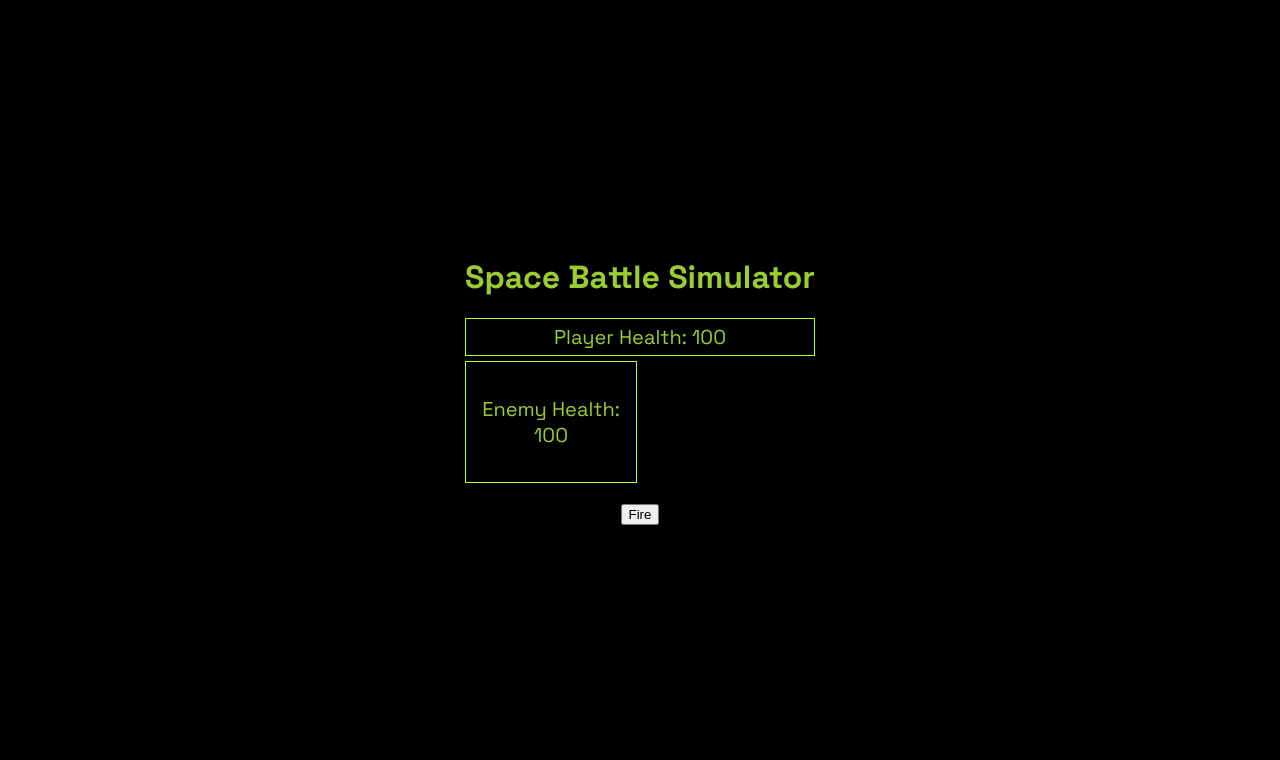
Repository: rmdayberry/Space-Battle
Page: /
The author's editor kept a copy of each file at every save. The page is drawn from the files as they stood at one save, then again after the next save.
The browser window is 1280 px wide. The pictures show the whole page.
The project was rebuilt for these pictures with package versions that can differ from the ones it lists, and the page was loaded fresh each time. Also part of the build but not shown: vite.config.js, src/App.css.

Above is the page before, as saved 2024-08-24 10:53:31.

### index.html
<!DOCTYPE html>
<html lang="en">
  <head>
    <meta charset="UTF-8" />
    <link rel="icon" type="image/svg+xml" href="/vite.svg" />
    <meta name="viewport" content="width=device-width, initial-scale=1.0" />
    <title>Space Battle</title>
  </head>
  <body>
    <div id="root"></div>
    <script type="module" src="/src/main.jsx"></script>
  </body>
</html>

### src/App.jsx
import { useState } from "react";
import "./App.css";
import "./index.css";
import Health from "./Health";
import GameController from "./GameController";

function App() {
  const [playerHealth, setPlayerHealth] = useState(100);
  const [enemyHealth, setEnemyHealth] = useState(100);
  const [gameStatus, setGameStatus] = useState("playing");

  const handleFire = (playerDamage, enemyDamage) => {
    const newPlayerHealth = Math.max(playerHealth - playerDamage, 0);
    const newEnemyHealth = Math.max(enemyHealth - enemyDamage, 0);

    setPlayerHealth(newPlayerHealth);
    setEnemyHealth(newEnemyHealth);

    if (newPlayerHealth === 0 && newEnemyHealth === 0) {
      setGameStatus("draw");
    } else if (newPlayerHealth === 0) {
      setGameStatus("loss");
    } else if (newEnemyHealth === 0) {
      setGameStatus("win");
    }
  };

  const handleRestart = () => {
    setPlayerHealth(100);
    setEnemyHealth(100);
    setGameStatus("playing");
  };
  return (
    <div>
      <h1>Space Battle Simulator</h1>
      <Health playerHealth={playerHealth} enemyHealth={enemyHealth} />
      <GameController
        gameStatus={gameStatus}
        onFire={handleFire}
        onRestart={handleRestart}
      />
    </div>
  );
}

export default App;

### src/index.css
@import url("https://fonts.googleapis.com/css2?family=Space+Grotesk:wght@300..700&display=swap");

body {
  background-color: black;
  font-family: "Space Grotesk", sans-serif;
  color: yellowgreen;
  margin: 0;
  padding: 20px;
  display: flex;
  justify-content: center;
  align-items: center;
  height: 100vh;
}

#root {
  text-align: center;
}

### src/Health.jsx
import React from "react";
import "./Health.css";

function Health({ playerHealth, enemyHealth }) {
  return (
    <div className="health-display">
      <p className="player-health">Player Health: {playerHealth}</p>
      <p className="enemy-health">Enemy Health: {enemyHealth}</p>
    </div>
  );
}

export default Health;

### src/GameController.jsx
import React from "react";

function GameController({ gameStatus, onFire, onRestart }) {
  const handleFireClick = () => {
    const playerDamage = Math.floor(Math.random() * 10) + 1;
    const enemyDamage = Math.floor(Math.random() * 10) + 1;

    onFire(playerDamage, enemyDamage);
  };
  return (
    <div>
      {gameStatus === "playing" && (
        <button onClick={handleFireClick}>Fire</button>
      )}
      {gameStatus !== "playing" && <button onClick={onRestart}>Restart</button>}
      {gameStatus !== "playing" && <p>{gameStatus.toUpperCase()}!</p>}
    </div>
  );
}

export default GameController;

### src/Health.css
.health-display {
  margin: 20px 0;
}
.health-display p {
  font-size: 20px;
  margin: 5px 0;
}
.player-health {
  border: 1px solid greenyellow;
  padding: 5px;
  margin: 5px;
}
.enemy-health {
  border: 1px solid greenyellow;
  padding: 10px;
  width: 150px;
  height: 100px;
  display: flex;
  align-items: center;
  justify-content: center;
  font-size: 20px;
}

Loaded but not shown: src/main.jsx (common file)

After the next save:
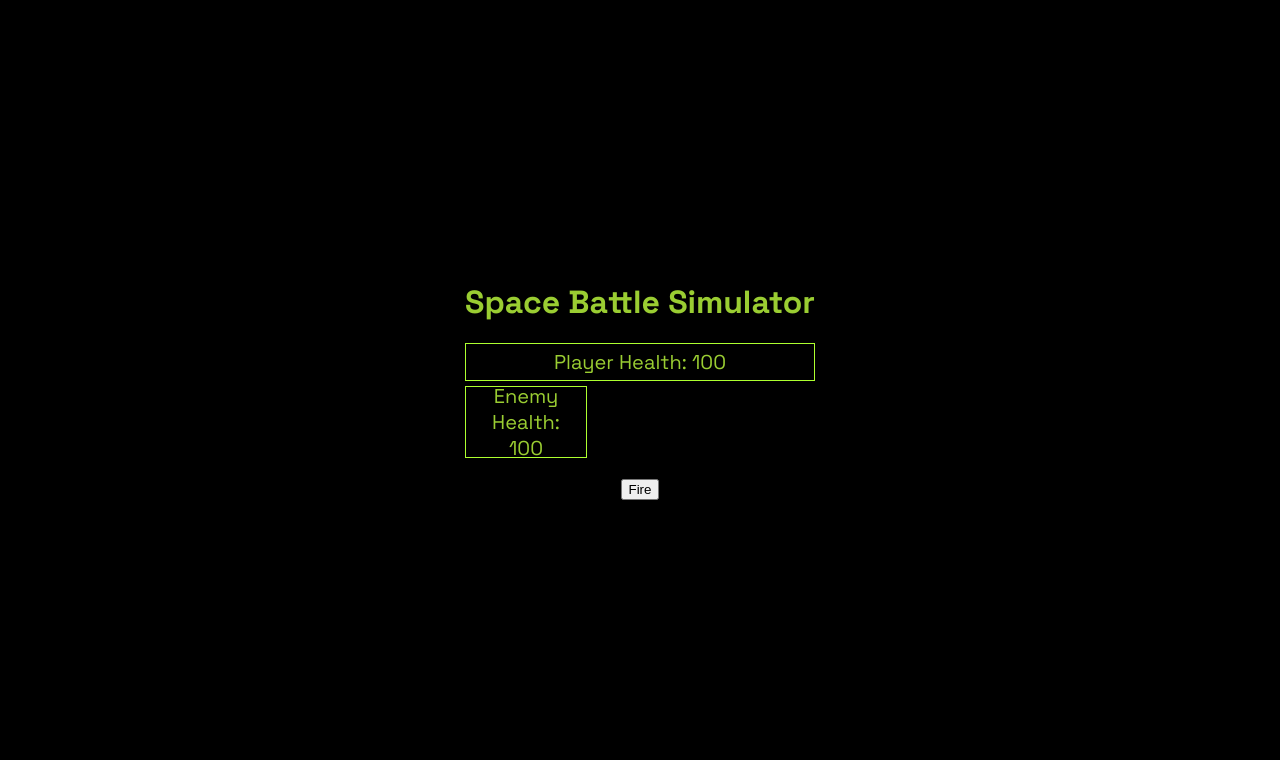
Saved 12 s later.
--- a/src/Health.css
+++ b/src/Health.css
@@ -13,8 +13,8 @@
 .enemy-health {
   border: 1px solid greenyellow;
   padding: 10px;
-  width: 150px;
-  height: 100px;
+  width: 100px;
+  height: 50px;
   display: flex;
   align-items: center;
   justify-content: center;
